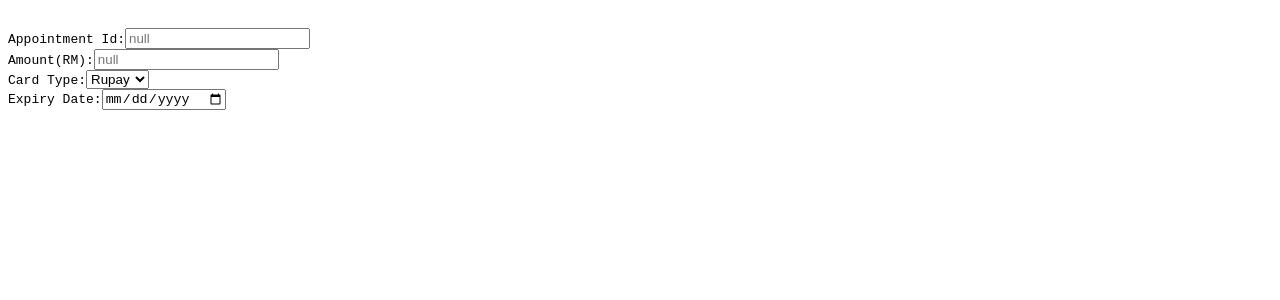
Repository: anujsoni10001/JSP-Servlet
Page: http://localhost/Minor/MakePayment.jsp
An editor plug-in stored every save of this project. The page is shown before and after the next save, followed by the edit.
The browser window is 1280 px wide. The pictures show the whole page.
The page is served by Tomcat 9.

Above is the page before, as saved 2019-03-22 10:11:02.

After the next save:
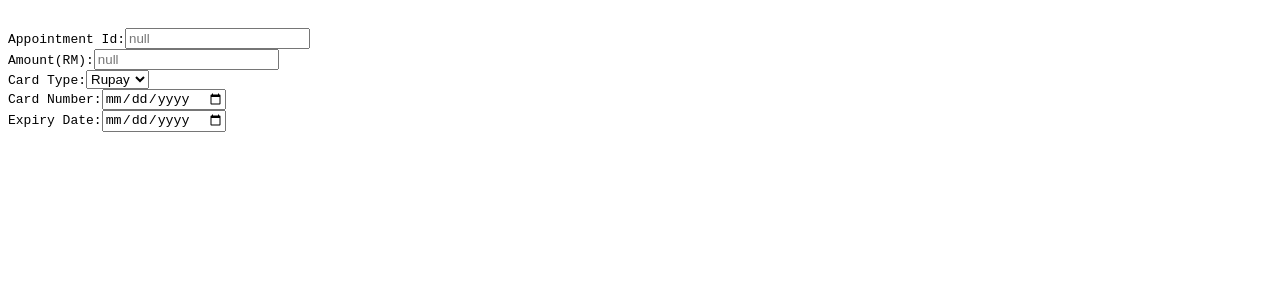
Saved 2 min 19 s later.
--- a/FinalProject/minor - Copy/Minor/WebContent/MakePayment.jsp
+++ b/FinalProject/minor - Copy/Minor/WebContent/MakePayment.jsp
@@ -20,7 +20,9 @@ Card Type:<select>
 <option>Master</option>
 <option>VISA</option>
 </select>
+Card Number:<input type="date">
 Expiry Date:<input type="date">
+
 </form>
 </pre>
 </body>
